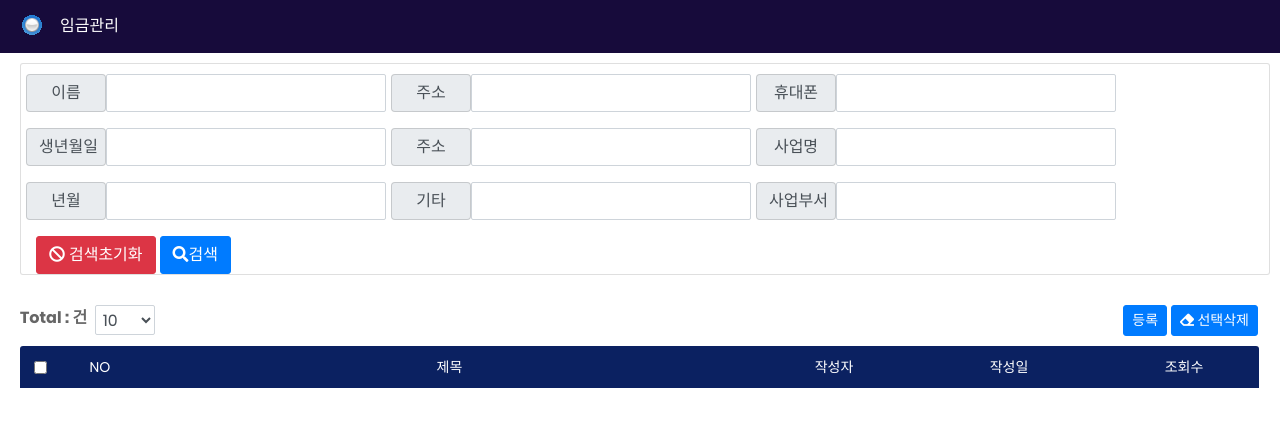
Repository: kimnamgu/GangNamGu
Page: http://localhost/manpower/WEB-INF/jsp/manage/paymentMng.jsp
These files come from the project's save history. The page is drawn as it stood at one moment and after the next save; the edit follows.
The browser window is 1280 px wide. The pictures show the whole page.
The page is served by Tomcat 9. Nobody is signed in. The template is opened directly, without the code that normally fills it, so the values that code supplies are empty.

Above is the page before, as saved 2020-11-04 01:50:42.
Console error: TypeError: Cannot read properties of undefined (reading 'replace')

After the next save:
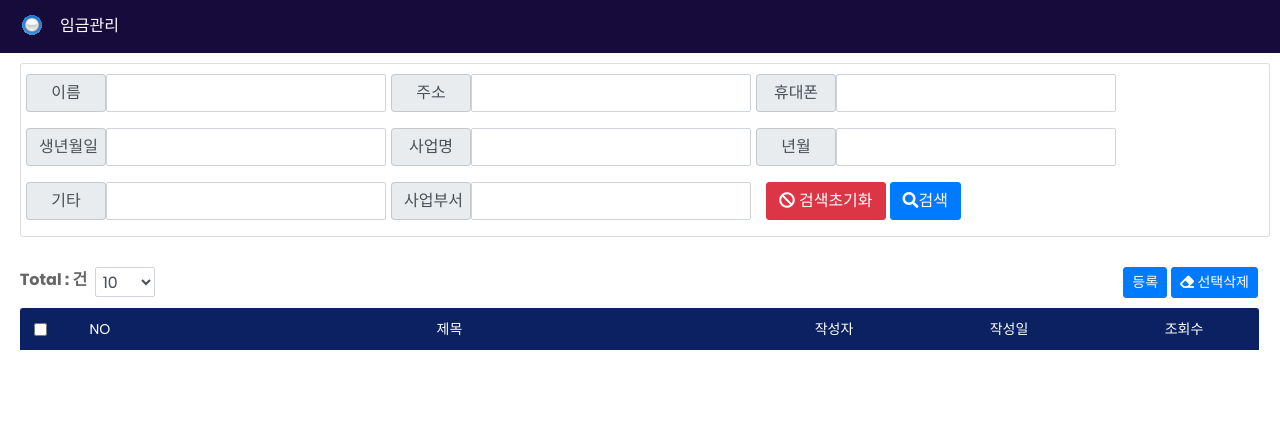
Saved 41 s later.
--- a/manpower/src/main/webapp/WEB-INF/jsp/manage/paymentMng.jsp
+++ b/manpower/src/main/webapp/WEB-INF/jsp/manage/paymentMng.jsp
@@ -362,13 +362,6 @@
 
 					<div class="form-group" style="width: 360;float:left;margin-left:5px;">
 						<div class="input-group">
-							<div class="input-group-addon" style="width: 80px;">주소</div>
-							<input type="text" id="NAME" name="NAME" value="" class="form-control">
-						</div>
-					</div>
-
-					<div class="form-group" style="width: 360;float:left;margin-left:5px;">
-						<div class="input-group">
 							<div class="input-group-addon" style="width: 80px;">사업명</div>
 							<input type="text" id="NAME" name="NAME" value="" class="form-control">
 						</div>
